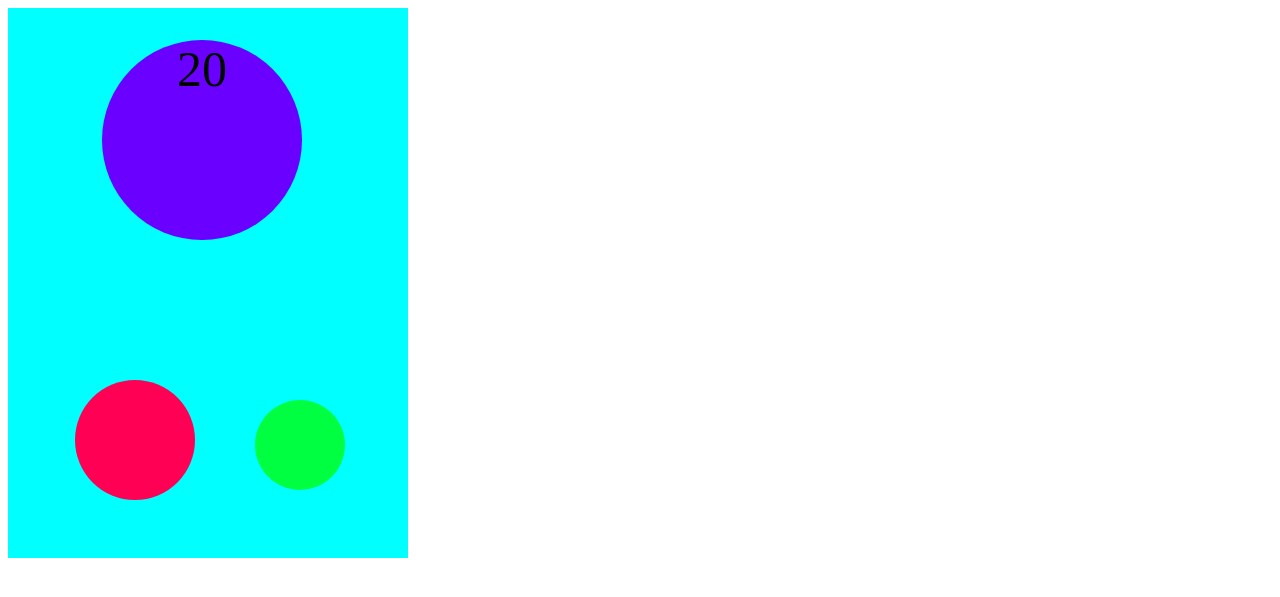
Repository: sara55m/Counter_App
Page: index.html
These files come from the project's save history. The page is drawn as it stood at one moment and after the next save; the edit follows.
The browser window is 1280 px wide. The pictures show the whole page.
After loading, the first visible `#increase` was clicked once.

Above is the page before, as saved 2024-07-30 02:34:45.

### index.html
<!DOCTYPE html>
<html lang="en">
<head>
    <meta charset="UTF-8">
    <meta name="viewport" content="width=device-width, initial-scale=1.0">
    <title>Document</title>
    <link rel="stylesheet" href="css/style.css">
</head>
<body>
    <div class="container">
        <div class="main" id="main"></div>
        <div class="increase" id="increase" onclick="increase()"></div>
        <div class="reset" onclick="reset_1()"></div>
    </div>
    <script src="js/script.js"></script>
</body>
</html>

### css/style.css
.container{
    height:550px;
    width:400px;
    background-color: aqua;
}

.main{
    position:absolute;
    top:40px;
    left:102px;
    height:200px;
    width:200px;
    border-radius: 50%;
    background-color: rgb(106, 0, 255);
    text-align: center;
    font-size: 50px;
}


.increase{
    position:absolute;
    top:380px;
    left:75px;
    height:120px;
    width:120px;
    border-radius: 50%;
    background-color: rgb(255, 0, 85);
    text-align: center;
    font-size: 50px;
}


.reset{
    position:absolute;
    top:400px;
    left:255px;
    height:90px;
    width:90px;
    border-radius: 50%;
    background-color: rgb(0, 255, 64);
}

### js/script.js
function increase(){
    let count=0;
    document.getElementById("main").innerHTML=count;
    while(count<20){
        document.getElementById("main").innerHTML=++count;
    }

    //let count=0;
    //let count1=0;

    //console.log(x);
    //let y=document.getElementById("increase").innerHTML=++count1;
    //console.log(y);

}



function reset_1(){
    let count=0;

    let x=document.getElementById("main").innerHTML=count;
    console.log(x);

}

After the next save:
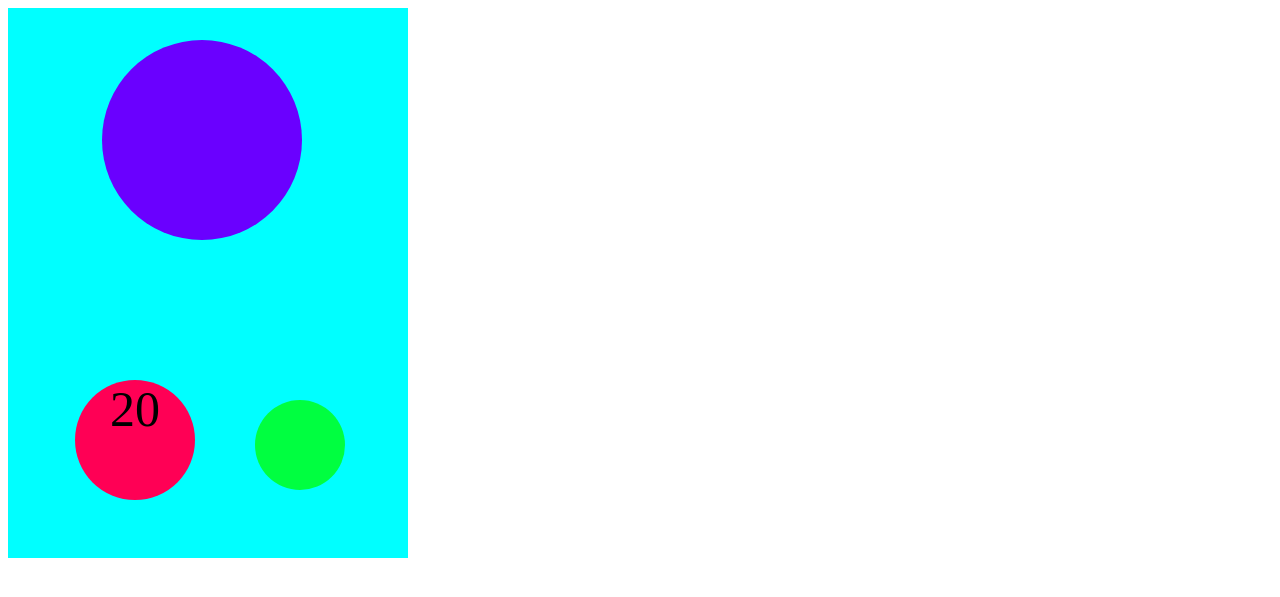
Saved 20 s later.
--- a/js/script.js
+++ b/js/script.js
@@ -1,8 +1,8 @@
 function increase(){
     let count=0;
-    document.getElementById("main").innerHTML=count;
+    document.getElementById("increase").innerHTML=count;
     while(count<20){
-        document.getElementById("main").innerHTML=++count;
+        document.getElementById("increase").innerHTML=++count;
     }
 
     //let count=0;
